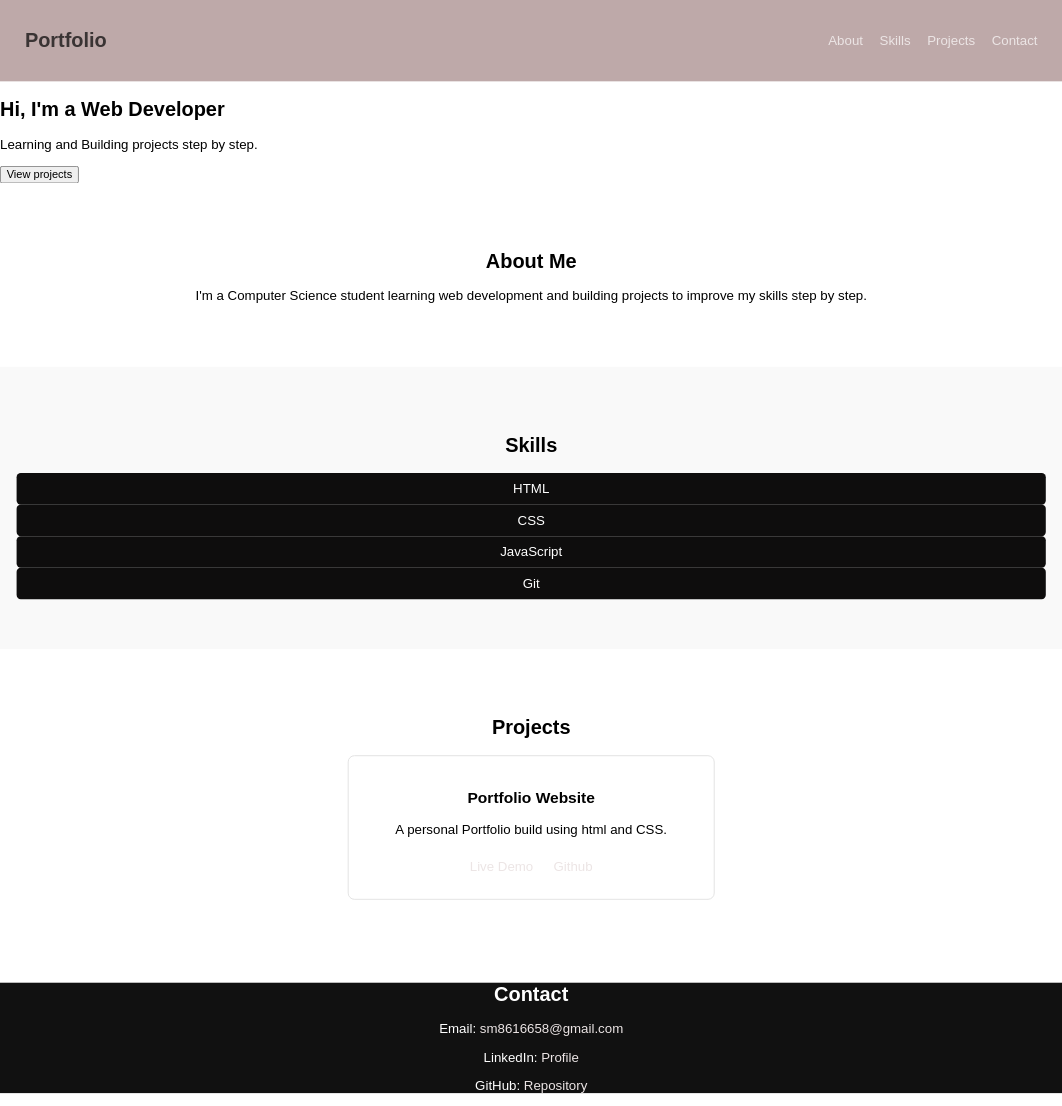
Repository: syeda-naqvi-hub/Portfolio-website
Page: python/portfolio/index.html
An editor plug-in stored every save of this project. The page is shown before and after the next save, followed by the edit.
The browser window is 1280 px wide. The pictures show the whole page, at 83% of full size.

Above is the page before, as saved 2026-02-07 11:59:32.

After the next save:
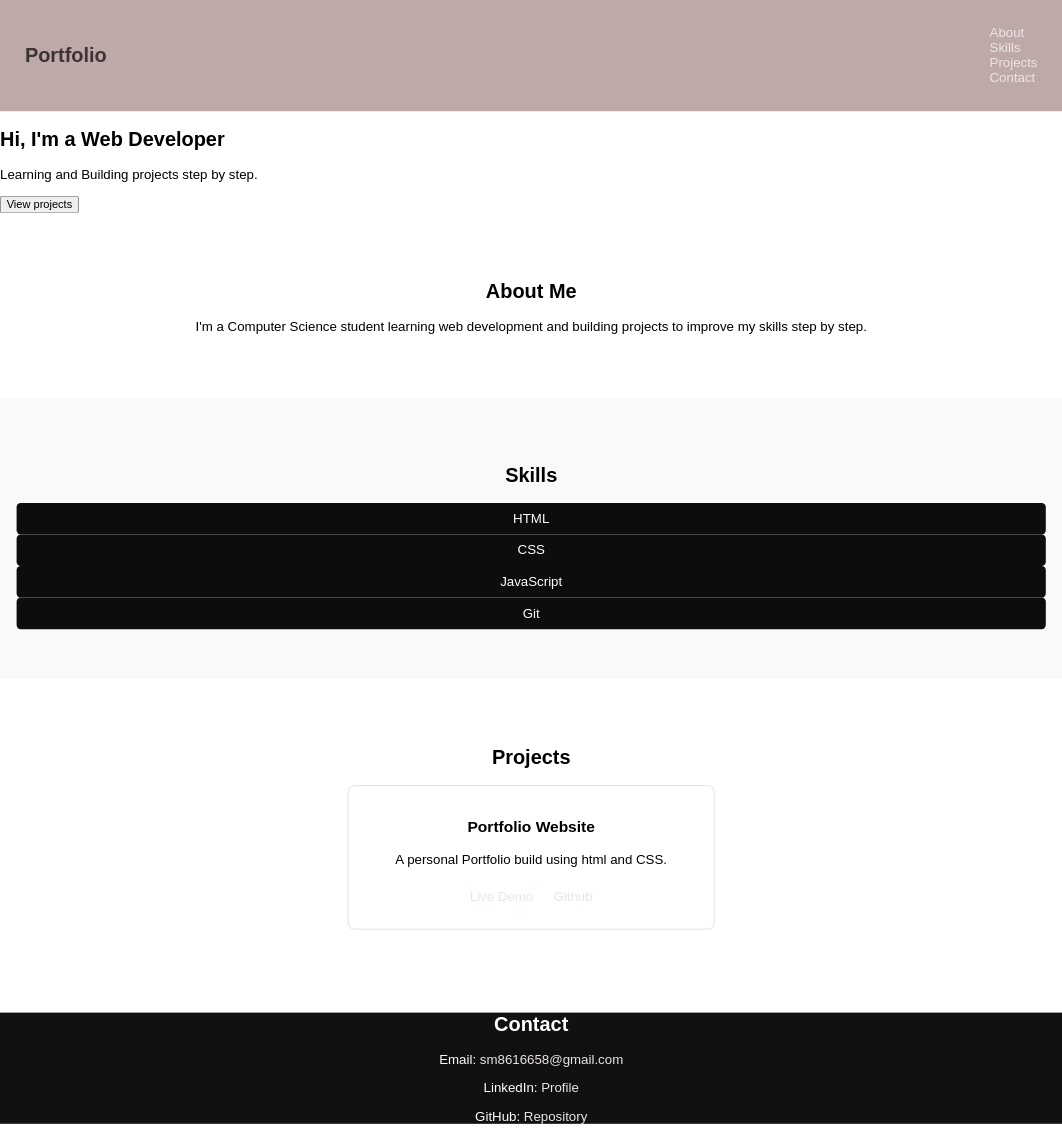
Saved 6 min 58 s later.
--- a/python/portfolio/style.css
+++ b/python/portfolio/style.css
@@ -13,7 +13,7 @@ nav {
     align-items: center;
 }
 ul {
-    display: flex;
+    display: inline;
     list-style: none;
     gap: 20px;
 }
